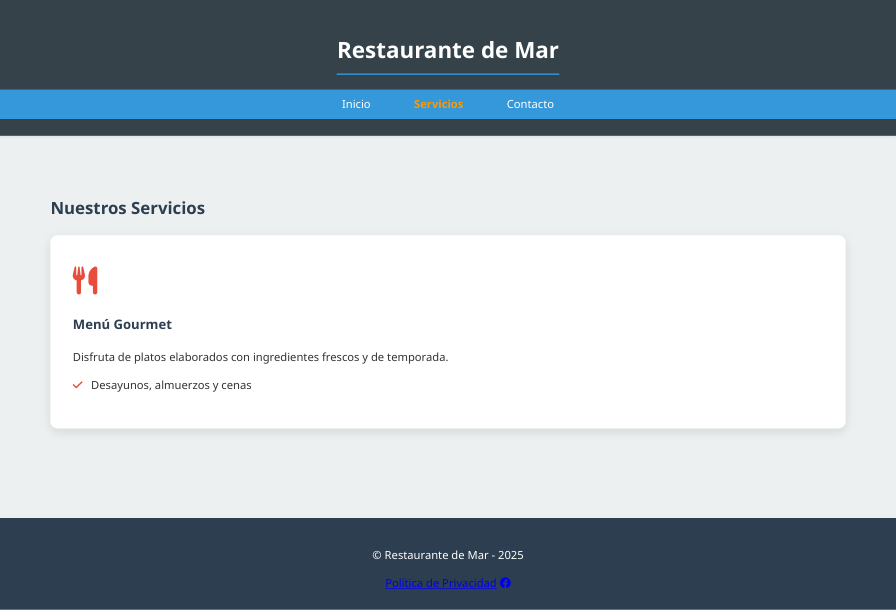
Repository: Sevanjo/Pagina_web
Page: HTML/servicios.html
The author's editor kept a copy of each file at every save. The page is drawn from the files as they stood at one save, then again after the next save.
The browser window is 1280 px wide. The pictures show the whole page, at 70% of full size.

Above is the page before, as saved 2025-05-04 19:34:12.
Console error: TypeError: Cannot read properties of null (reading 'addEventListener')

### HTML/servicios.html
<!DOCTYPE html>
<html lang="es">
<head>
    <meta charset="UTF-8">
    <meta name="viewport" content="width=device-width, initial-scale=1.0">
    <title>Servicios | Restaurante de Mar - Catering y eventos en Colombia</title>
    <meta name="description" content="Organizamos tus eventos con menús personalizados. Servicios de catering, banquetes y cenas privadas con ingredientes frescos.">
    <link rel="stylesheet" href="../CSS/styles.css">
    <link rel="stylesheet" href="https://cdnjs.cloudflare.com/ajax/libs/font-awesome/6.0.0/css/all.min.css">
</head>
<body>
    <header>
        <h1>Restaurante de Mar</h1>
        <nav>
            <ul>
                <li><a href="index.html">Inicio</a></li>
                <li><a href="servicios.html" aria-current="page">Servicios</a></li>
                <li><a href="contacto.html">Contacto</a></li>
            </ul>
        </nav>
    </header>

    <main>
        <section class="services-section" aria-labelledby="servicios-heading">
            <h2 id="servicios-heading">Nuestros Servicios</h2>


            <div class="service-card" itemscope itemtype="https://schema.org/Service">
                <div class="service-icon">
                    <i class="fas fa-utensils" aria-hidden="true"></i>
                    <span class="sr-only">Menú Gourmet</span>
                </div>
                <h3 itemprop="name">Menú Gourmet</h3>
                <p itemprop="description">Disfruta de platos elaborados con ingredientes frescos y de temporada.</p>
                <ul class="service-features">
                    <li itemprop="offers" itemscope itemtype="https://schema.org/Offer">
                        <i class="fas fa-check"></i> <span itemprop="name">Desayunos, almuerzos y cenas</span>
                    </li>
                </ul>
            </div>
        </section>
    </main>

    <footer>
        <p>&copy; Restaurante de Mar - 2025</p>
        <div class="footer-links">
            <a href="politica-privacidad.html">Política de Privacidad</a>
            <a href="https://facebook.com/turestaurante" aria-label="Facebook"><i class="fab fa-facebook"></i></a>
        </div>
    </footer>

    <script src="../js/script.js" defer></script>
</body>
</html>

### CSS/styles.css
:root {
    --primary-color: #2c3e50;
    --secondary-color: #3498db;
    --accent-color: #e74c3c;
    --light-color: #ecf0f1;
    --dark-color: #2c3e50;
    --text-color: #333333;
    --text-light: #ffffff;
}

body {
    font-family: 'Segoe UI', Tahoma, Geneva, Verdana, sans-serif;
    line-height: 1.6;
    margin: 0;
    padding: 0;
    color: var(--text-color);
    background-color: var(--light-color);
}

header {
    background: var(--primary-color);
    color: var(--text-light);
    padding: 1.5rem 0;
    text-align: center;
    box-shadow: 0 2px 5px rgba(0,0,0,0.1);
}
header h1 {
    color: #ffffff;
}

nav {
    background: var(--secondary-color);
    padding: 0.5rem 0;
}

nav ul {
    padding: 0;
    list-style: none;
    text-align: center;
    margin: 0;
    display: flex;
    justify-content: center;
}

nav li {
    margin: 0 15px;
}

nav a {
    color: var(--text-light);
    text-decoration: none;
    padding: 0.5rem 1rem;
    border-radius: 4px;
    transition: all 0.3s ease;
}

nav a:hover {
    background: rgba(255,255,255,0.2);
}

main {
    padding: 2rem;
    max-width: 1200px;
    margin: 0 auto;
    min-height: calc(100vh - 300px);
}

footer {
    background: var(--primary-color);
    color: var(--text-light);
    text-align: center;
    padding: 1.5rem;
    margin-top: 2rem;
}

h1, h2, h3 {
    color: var(--primary-color);
}

h1 {
    border-bottom: 2px solid var(--secondary-color);
    padding-bottom: 0.5rem;
    display: inline-block;
}

button, .button {
    background: var(--secondary-color);
    color: var(--text-light);
    border: none;
    padding: 0.6rem 1.2rem;
    border-radius: 4px;
    cursor: pointer;
    transition: all 0.3s ease;
}

button:hover, .button:hover {
    background: var(--accent-color);
    transform: translateY(-2px);
}

.card {
    background: white;
    border-radius: 8px;
    padding: 1.5rem;
    margin: 1rem 0;
    box-shadow: 0 2px 10px rgba(0,0,0,0.1);
    transition: transform 0.3s ease;
}

.card:hover {
    transform: translateY(-5px);
}

.contact-section {
    padding: 4rem 2rem;
    background-color: #f9f9f9;
}

.contact-container {
    max-width: 1200px;
    margin: 0 auto;
    display: grid;
    grid-template-columns: repeat(auto-fit, minmax(300px, 1fr));
    gap: 3rem;
    background: white;
    border-radius: 15px;
    box-shadow: 0 10px 30px rgba(0, 0, 0, 0.1);
    overflow: hidden;
}

.contact-info {
    padding: 3rem;
    background: linear-gradient(135deg, var(--primary-color), var(--secondary-color));
    color: white;
}

.contact-info h2 {
    font-size: 2rem;
    margin-bottom: 2rem;
    position: relative;
    padding-bottom: 1rem;
}

.contact-info h2::after {
    content: '';
    position: absolute;
    bottom: 0;
    left: 0;
    width: 50px;
    height: 3px;
    background: var(--accent-color);
}

.info-item {
    display: flex;
    align-items: center;
    margin-bottom: 1.5rem;
}

.info-item i {
    font-size: 1.2rem;
    margin-right: 1rem;
    color: var(--accent-color);
}

.social-links {
    display: flex;
    margin-top: 2rem;
    gap: 1rem;
}

.social-links a {
    display: flex;
    align-items: center;
    justify-content: center;
    width: 40px;
    height: 40px;
    border-radius: 50%;
    background: rgba(255, 255, 255, 0.1);
    color: white;
    transition: all 0.3s;
}

.social-links a:hover {
    background: var(--accent-color);
    transform: translateY(-3px);
}

.contact-form {
    padding: 3rem;
    position: relative;
}

.contact-form h2 {
    font-size: 2rem;
    margin-bottom: 2rem;
    color: var(--primary-color);
}

.form-group {
    position: relative;
    margin-bottom: 2rem;
}

.form-group input,
.form-group textarea {
    width: 100%;
    padding: 15px 0 5px 0;
    border: none1px solid #c4c4c4;
    box-shadow: inset 0 1px 3px rgba(0,0,0,0.1);
    border-bottom: 1px solid #ddd;
    font-size: 1rem;
    background: transparent;
    transition: all 0.3s;
}

.form-group textarea {
    resize: vertical;
    min-height: 100px;
}

.form-group label {
    position: absolute;
    top: 15px;
    left: 0;
    color: #999;
    pointer-events: none;
    transition: all 0.3s;
}

.form-group input:focus,
.form-group textarea:focus,
.form-group input:not(:placeholder-shown),
.form-group textarea:not(:placeholder-shown) {
    border-bottom-color: transparent;
}

.form-group input:focus ~ label,
.form-group textarea:focus ~ label,
.form-group input:not(:placeholder-shown) ~ label,
.form-group textarea:not(:placeholder-shown) ~ label {
    top: 0;
    font-size: 0.8rem;
    color: var(--secondary-color);
}

.focus-border {
    position: absolute;
    bottom: 0;
    left: 0;
    width: 0;
    height: 2px;
    background: var(--secondary-color);
    transition: width 0.4s;
}

.form-group input:focus ~ .focus-border,
.form-group textarea:focus ~ .focus-border {
    width: 100%;
}

.error-message {
    color: #e74c3c;
    font-size: 0.8rem;
    margin-top: 5px;
    display: none;
}

.success-message {
    display: none;
    background: #2ecc71;
    color: white;
    padding: 1rem;
    border-radius: 5px;
    margin-top: 1rem;
    align-items: center;
    gap: 10px;
    animation: fadeIn 0.5s;
}

.success-message i {
    font-size: 1.5rem;
}

.submit-btn {
    background: var(--secondary-color);
    color: white;
    border: none;
    padding: 15px 30px;
    border-radius: 50px;
    cursor: pointer;
    display: flex;
    align-items: center;
    justify-content: center;
    gap: 10px;
    font-size: 1rem;
    font-weight: 600;
    margin-top: 1rem;
    overflow: hidden;
    position: relative;
    transition: all 0.3s;
    width: 100%;
}

.submit-btn::before {
    content: '';
    position: absolute;
    top: 0;
    left: -100%;
    width: 100%;
    height: 100%;
    background: linear-gradient(90deg, transparent, rgba(255,255,255,0.2), transparent);
    transition: 0.5s;
}

.submit-btn:hover::before {
    left: 100%;
}

.submit-btn:hover {
    background: var(--accent-color);
    transform: translateY(-3px);
    box-shadow: 0 5px 15px rgba(0,0,0,0.1);
}

.submit-btn i {
    transition: all 0.3s;
}

.submit-btn:hover i {
    transform: translateX(5px);
}


.slider-container {
    position: relative;
    max-width: 1200px;
    margin: 0 auto 2rem;
    overflow: hidden;
    border-radius: 10px;
    box-shadow: 0 5px 15px rgba(0, 0, 0, 0.1);
}

.slider {
    display: flex;
    transition: transform 0.5s ease;
    height: 400px;
}

.slide {
    min-width: 100%;
    position: relative;
}

.slide img {
    width: 100%;
    height: 100%;
    object-fit: cover;
}

.slide-caption {
    position: absolute;
    bottom: 20px;
    left: 20px;
    background: rgba(0, 0, 0, 0.7);
    color: white;
    padding: 1rem;
    border-radius: 5px;
    max-width: 50%;
}

.slide-caption h3 {
    margin: 0 0 0.5rem;
    color: var(--text-light);
}

.slider-btn {
    position: absolute;
    top: 50%;
    transform: translateY(-50%);
    background: rgba(255, 255, 255, 0.3);
    color: white;
    border: none;
    padding: 1rem;
    cursor: pointer;
    font-size: 1.2rem;
    border-radius: 50%;
    transition: all 0.3s;
    z-index: 10;
}

.slider-btn:hover {
    background: var(--accent-color);
}

.prev-btn {
    left: 20px;
}

.next-btn {
    right: 20px;
}

.slider-indicators {
    position: absolute;
    bottom: 20px;
    right: 20px;
    display: flex;
    gap: 10px;
}

.slider-indicators span {
    display: block;
    width: 12px;
    height: 12px;
    background: rgba(255, 255, 255, 0.5);
    border-radius: 50%;
    cursor: pointer;
}

.slider-indicators span.active {
    background: var(--accent-color);
}


.services-section {
    padding: 2rem;
    max-width: 1200px;
    margin: 0 auto;
}

.service-card {
    background: white;
    border-radius: 10px;
    padding: 2rem;
    margin-bottom: 2rem;
    box-shadow: 0 5px 15px rgba(0, 0, 0, 0.1);
    transition: transform 0.3s;
}

.service-card:hover {
    transform: translateY(-5px);
}

.service-icon {
    font-size: 2.5rem;
    color: var(--accent-color);
    margin-bottom: 1rem;
}

.service-card h3 {
    color: var(--primary-color);
    margin-top: 0;
}

.service-features {
    list-style: none;
    padding: 0;
}

.service-features li {
    margin-bottom: 0.5rem;
}

.service-features i {
    color: var(--accent-color);
    margin-right: 0.5rem;
}

.schedule-card {
    background: var(--primary-color);
    color: white;
    padding: 1.5rem;
    border-radius: 10px;
    margin-top: 2rem;
}

.schedule-card h3 {
    margin-top: 0;
    display: flex;
    align-items: center;
    gap: 10px;
}

.schedule-card ul {
    list-style: none;
    padding: 0;
}

.schedule-card li {
    margin-bottom: 0.5rem;
}


@media (max-width: 768px) {
    .slider {
        height: 300px;
    }
    .slide-caption {
        max-width: 80%;
    }
}


@keyframes fadeIn {
    from { opacity: 0; transform: translateY(10px); }
    to { opacity: 1; transform: translateY(0); }
}

@media (max-width: 768px) {
    .contact-container {
        grid-template-columns: 1fr;
    }

    .contact-info {
        padding: 2rem;
    }

    .contact-form {
        padding: 2rem;
    }
}

### JS/script.js
document.getElementById('contactForm')?.addEventListener('submit', function(e) {
    e.preventDefault();

    const name = document.getElementById('name').value;
    const email = document.getElementById('email').value;
    const message = document.getElementById('message').value;

    if (name && email && message) {
        alert(`Gracias ${name}, tu mensaje ha sido enviado. Te responderemos a ${email} pronto.`);
        this.reset();
    } else {
        alert('Por favor completa todos los campos.');
    }
});

window.addEventListener('scroll', function() {
    const header = document.querySelector('header');
    if (window.scrollY > 50) {
        header.style.backgroundColor = '#222';
    } else {
        header.style.backgroundColor = '#35424a';
    }
});

document.addEventListener('DOMContentLoaded', function() {
    const currentPage = location.pathname.split('/').pop();
    const links = document.querySelectorAll('nav a');

    links.forEach(link => {
        if (link.getAttribute('href') === currentPage) {
            link.style.fontWeight = 'bold';
            link.style.color = '#ff9900';
        }
    });
});

document.addEventListener('DOMContentLoaded', function() {
    const contactForm = document.getElementById('contactForm');
    const loader = document.querySelector('.loader');

    if(loader) {
        loader.classList.add('loader-hidden');
    }

    if(contactForm) {
        contactForm.addEventListener('submit', function(e) {
            e.preventDefault();

            document.querySelectorAll('.error-message').forEach(el => {
                el.style.display = 'none';
            });

            let isValid = true;

            const name = document.getElementById('name');
            if(name.value.trim() === '') {
                document.getElementById('name-error').textContent = 'Por favor ingresa tu nombre';
                document.getElementById('name-error').style.display = 'block';
                isValid = false;
            }

            const email = document.getElementById('email');
            const emailRegex = /^[^\s@]+@[^\s@]+\.[^\s@]+$/;
            if(email.value.trim() === '') {
                document.getElementById('email-error').textContent = 'Por favor ingresa tu email';
                document.getElementById('email-error').style.display = 'block';
                isValid = false;
            } else if(!emailRegex.test(email.value)) {
                document.getElementById('email-error').textContent = 'Por favor ingresa un email válido';
                document.getElementById('email-error').style.display = 'block';
                isValid = false;
            }

            const message = document.getElementById('message');
            if(message.value.trim() === '') {
                document.getElementById('message-error').textContent = 'Por favor ingresa tu mensaje';
                document.getElementById('message-error').style.display = 'block';
                isValid = false;
            }

            if(isValid) {
                const submitBtn = contactForm.querySelector('.submit-btn');
                submitBtn.disabled = true;
                submitBtn.innerHTML = '<i class="fas fa-spinner fa-spin"></i> Enviando...';

                setTimeout(function() {

                    document.getElementById('form-success').style.display = 'flex';
                    contactForm.reset();

                    submitBtn.disabled = false;
                    submitBtn.innerHTML = '<span>Enviar Mensaje</span><i class="fas fa-paper-plane"></i>';

                    setTimeout(function() {
                        document.getElementById('form-success').style.display = 'none';
                    }, 5000);
                }, 1500);
            }
        });

        const formGroups = document.querySelectorAll('.form-group');
        formGroups.forEach((group, index) => {
            group.style.opacity = '0';
            group.style.transform = 'translateY(20px)';
            group.style.transition = 'all 0.5s ease ' + (index * 0.1) + 's';

            setTimeout(function() {
                group.style.opacity = '1';
                group.style.transform = 'translateY(0)';
            }, 100);
        });
    }
});

document.addEventListener('DOMContentLoaded', function() {
    const slider = document.querySelector('.slider');
    const slides = document.querySelectorAll('.slide');
    const prevBtn = document.querySelector('.prev-btn');
    const nextBtn = document.querySelector('.next-btn');
    const indicators = document.querySelectorAll('.slider-indicators span');
    let currentIndex = 0;
    let autoSlideInterval;

    function showSlide(index) {
        slides.forEach((slide, i) => {
            slide.classList.toggle('active', i === index);
        });

        indicators.forEach((indicator, i) => {
            indicator.classList.toggle('active', i === index);
        });

        slider.style.transform = `translateX(-${index * 100}%)`;
    }

    function nextSlide() {
        currentIndex = (currentIndex + 1) % slides.length;
        showSlide(currentIndex);
    }

    function prevSlide() {
        currentIndex = (currentIndex - 1 + slides.length) % slides.length;
        showSlide(currentIndex);
    }

    nextBtn.addEventListener('click', nextSlide);
    prevBtn.addEventListener('click', prevSlide);

    indicators.forEach((indicator, i) => {
        indicator.addEventListener('click', () => {
            currentIndex = i;
            showSlide(currentIndex);
        });
    });

    function startAutoSlide() {
        autoSlideInterval = setInterval(nextSlide, 5000);
    }

    function stopAutoSlide() {
        clearInterval(autoSlideInterval);
    }

    startAutoSlide();
    slider.parentElement.addEventListener('mouseenter', stopAutoSlide);
    slider.parentElement.addEventListener('mouseleave', startAutoSlide);

    showSlide(currentIndex);
});

After the next save:
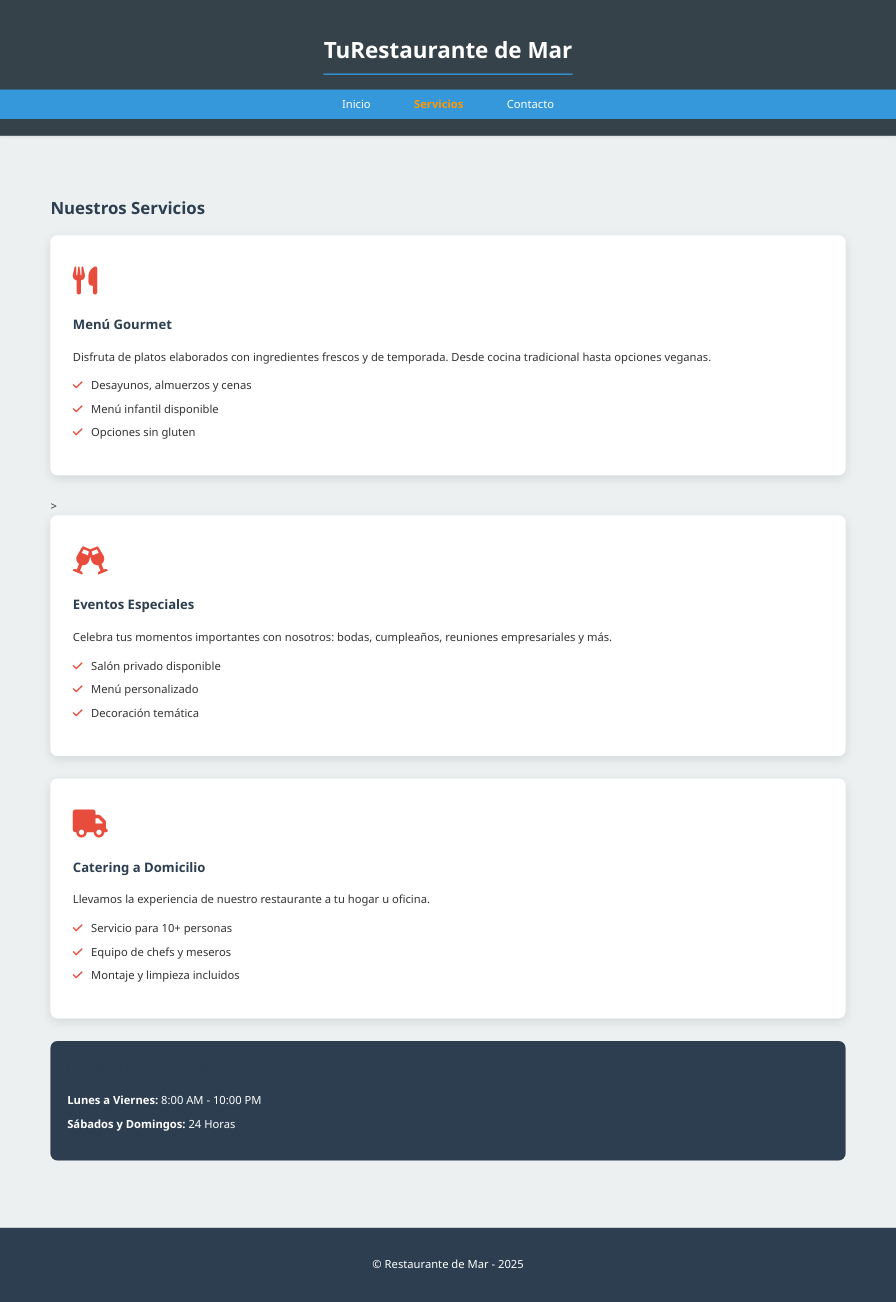
Saved 6 s later.
--- a/HTML/servicios.html
+++ b/HTML/servicios.html
@@ -3,52 +3,75 @@
 <head>
     <meta charset="UTF-8">
     <meta name="viewport" content="width=device-width, initial-scale=1.0">
-    <title>Servicios | Restaurante de Mar - Catering y eventos en Colombia</title>
+    <title>Servicios | Restaurante de Mar - Catering y eventos en [Colombia]</title>
     <meta name="description" content="Organizamos tus eventos con menús personalizados. Servicios de catering, banquetes y cenas privadas con ingredientes frescos.">
     <link rel="stylesheet" href="../CSS/styles.css">
     <link rel="stylesheet" href="https://cdnjs.cloudflare.com/ajax/libs/font-awesome/6.0.0/css/all.min.css">
 </head>
 <body>
     <header>
-        <h1>Restaurante de Mar</h1>
+        <h1>TuRestaurante de Mar</h1>
         <nav>
             <ul>
                 <li><a href="index.html">Inicio</a></li>
-                <li><a href="servicios.html" aria-current="page">Servicios</a></li>
+                <li><a href="servicios.html">Servicios</a></li>
                 <li><a href="contacto.html">Contacto</a></li>
             </ul>
         </nav>
     </header>
 
     <main>
-        <section class="services-section" aria-labelledby="servicios-heading">
-            <h2 id="servicios-heading">Nuestros Servicios</h2>
-
-
-            <div class="service-card" itemscope itemtype="https://schema.org/Service">
+        <section class="services-section">
+            <h2>Nuestros Servicios</h2>
+            <div class="service-card">
                 <div class="service-icon">
-                    <i class="fas fa-utensils" aria-hidden="true"></i>
-                    <span class="sr-only">Menú Gourmet</span>
+                    <i class="fas fa-utensils"></i>
                 </div>
-                <h3 itemprop="name">Menú Gourmet</h3>
-                <p itemprop="description">Disfruta de platos elaborados con ingredientes frescos y de temporada.</p>
+                <h3>Menú Gourmet</h3>
+                <p>Disfruta de platos elaborados con ingredientes frescos y de temporada. Desde cocina tradicional hasta opciones veganas.</p>
                 <ul class="service-features">
-                    <li itemprop="offers" itemscope itemtype="https://schema.org/Offer">
-                        <i class="fas fa-check"></i> <span itemprop="name">Desayunos, almuerzos y cenas</span>
-                    </li>
+                    <li><i class="fas fa-check"></i> Desayunos, almuerzos y cenas</li>
+                    <li><i class="fas fa-check"></i> Menú infantil disponible</li>
+                    <li><i class="fas fa-check"></i> Opciones sin gluten</li>
+                </ul>
+            </div>>
+            <div class="service-card">
+                <div class="service-icon">
+                    <i class="fas fa-glass-cheers"></i>
+                </div>
+                <h3>Eventos Especiales</h3>
+                <p>Celebra tus momentos importantes con nosotros: bodas, cumpleaños, reuniones empresariales y más.</p>
+                <ul class="service-features">
+                    <li><i class="fas fa-check"></i> Salón privado disponible</li>
+                    <li><i class="fas fa-check"></i> Menú personalizado</li>
+                    <li><i class="fas fa-check"></i> Decoración temática</li>
+                </ul>
+            </div>
+            <div class="service-card">
+                <div class="service-icon">
+                    <i class="fas fa-truck"></i>
+                </div>
+                <h3>Catering a Domicilio</h3>
+                <p>Llevamos la experiencia de nuestro restaurante a tu hogar u oficina.</p>
+                <ul class="service-features">
+                    <li><i class="fas fa-check"></i> Servicio para 10+ personas</li>
+                    <li><i class="fas fa-check"></i> Equipo de chefs y meseros</li>
+                    <li><i class="fas fa-check"></i> Montaje y limpieza incluidos</li>
+                </ul>
+            </div>
+            <div class="schedule-card">
+                <h3><i class="far fa-clock"></i> Horario de Atención</h3>
+                <ul>
+                    <li><strong>Lunes a Viernes:</strong> 8:00 AM - 10:00 PM</li>
+                    <li><strong>Sábados y Domingos:</strong> 24 Horas</li>
                 </ul>
             </div>
         </section>
     </main>
 
     <footer>
-        <p>&copy; Restaurante de Mar - 2025</p>
-        <div class="footer-links">
-            <a href="politica-privacidad.html">Política de Privacidad</a>
-            <a href="https://facebook.com/turestaurante" aria-label="Facebook"><i class="fab fa-facebook"></i></a>
-        </div>
+        <p>&copy;  Restaurante de Mar - 2025</p>
     </footer>
-
-    <script src="../js/script.js" defer></script>
+    <script src="../js/script.js"></script>
 </body>
 </html>
